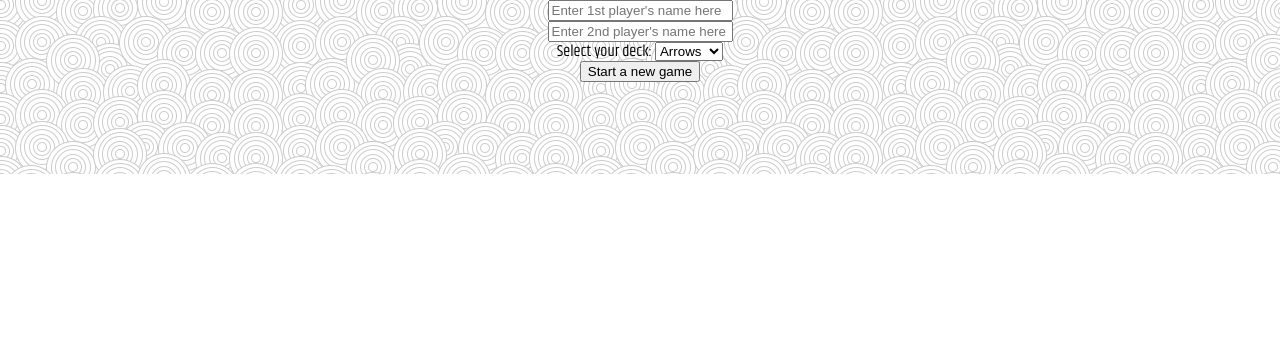
Repository: loragil/memory-game
Page: index.html
The author's editor kept a record of every edit. The page is drawn from the files as they stood at one moment, then again after the next edit.
The browser window is 1280 px wide. The pictures show the whole page.

Above is the page before.

### index.html
<!DOCTYPE html>
<html>

<head>

    <link rel="stylesheet" type="text/css" href="http://fonts.googleapis.com/css?family=Khand">
    <link rel="stylesheet" href="css/reset.css" type="text/css" />
    <link rel="stylesheet" href="css/game.css" type="text/css" />
    <link rel="stylesheet" href="css/phone-default.css" type="text/css" />
    <link rel="stylesheet" href="css/tablet.css" type="text/css" />
    <link rel="stylesheet" href="css/desktop.css" type="text/css" />
    <link rel="import" href="components/game-card.html">
    <title>Memory Game</title>

</head>

<body>
    <div id="container">
        <div id="startScreen">
            <div>
                <label for="playerAName">
                    <input type="text" name="playerAName" placeholder="Enter 1st player's name here" />
                </label>
            </div>

            <div>
                <label for="playerBName">
                    <input type="text" name="playerBName" placeholder="Enter 2nd player's name here" />
                </label>
            </div>

             <div>
                <label for="selectDeck">
                    Select your deck:
                    <select name="selectDeck" id="selectDeck">
                        <option value="arrows">Arrows</option>
                        <option value="zigzag">Zig Zag</option>
                        <option value="mat">Mat</option>
                        <option value="hearts">Hearts</option>
                        <option value="stars">Stars</option>
                    </select>
                </label>
            </div>

            <div>
                <input id="startNew" type="button" value="Start a new game" />
            </div>
        </div>

        <div class="game">

            <div class="details">
                <div>
                    <span>Pairs left to match: </span>
                    <span id="pairsLeft"></span>
                </div>
                <div>
                    <span>It's <em class="currentPlayer"></em>'s turn</span>
                </div>
            </div>

            <div id="playerA">
                <h3></h3>
                <ul></ul>
            </div>

            <div class="board"></div>

            <div id="playerB">
                <h3></h3>
                <ul></ul>
            </div>

        </div>
    </div>
    <script type="text/javascript" src="js/game.js"></script>
</body>

</html>

### css/game.css
html,
body,
.game {
    height: 100%;
    /*sdssdsdsdd*/

    font-family: 'Khand', sans-serif, Arial;
}
#container {
    position: relative;
    background-image: url('../assets/images/swirl_pattern.png');
}
#container > div {
    transition: all 0.3s;
    overflow: hidden;
    /*position:absolute;*/

    height: 100%;
}
#container #startScreen {
    width: 80%;
    margin: 0px auto;
    text-align: center;
    transform: translateX(0%);
    /*left:0;*/
    /*z-index:5;*/
}
#container .game {
    transform: translateX(-100%);
    /*left:-100%;*/
    /*z-index:0;*/
}
#container.inGame #startScreen {
    transform: translateX(-100%);
    height: 0;
    /*left:-100%;*/
    /*z-index:0;*/
}
#container.inGame .game {
    transform: translateX(0%);
    /*left:0;*/
    /*z-index:5;*/
}
.game {
    position: relative;
    font-size: 26px;
    overflow: hidden;
    width: 100%;
}
.details {
    padding: 10px;
    text-align: center;
}
#playerA,
#playerB {
    position: absolute;
    top: 50%;
    transform: translateY(-50%);
    width: 10%;
    text-align: center;
}
#playerA img,
#playerB img {
    width: 80px;
    position: absolute;
}
#playerA img:first-child,
#playerB img:first-child {
    transform: translateX(20px);
}
#playerB img:first-child {
    z-index: 1;
}
#playerA {
    left: 0;
}
#playerB {
    right: 0;
}
li {
    position: relative;
    height: 100px;
}
.board {
    width: 740px;
    height: 100%;
    margin: 0 auto;
    display: flex;
    flex-direction: row;
    flex-wrap: wrap;
    align-items: center;
    justify-content: center;
    align-content: center;
}
game-card {
    flex: 0 0 auto;
    margin: 10px;
    transition: opacity .3s ease-out;
}

### css/phone-default.css
@media only screen and (max-width: 640px) {

    body:after {
        content: 'tablet';
        display: none;
    }

    /*.details {
        background-color: green;
    }*/

} /*end of the media query*/

### css/tablet.css
@media only screen and (min-width: 641px) {

    body:after {
        content: 'tablet';
        display: none;
    }

    /*.details {
        background-color: blue;
    }*/

} /*end of the media query*/

### css/desktop.css
@media only screen and (min-width: 1140px) {

    body:after {
        content: 'desktop';
        display: none;
    }

    /*.details {
        background-color: red;
    }*/
} /*end of the media query*/

### js/game.js
;
(function() {
    'use strict';

    var cardTypes = [{
        id: '8-ball',
        source: 'http://igorminar.github.io/Memory-Game/app/img/8-ball.png'
    }, {
        id: 'baked-potato',
        source: 'http://igorminar.github.io/Memory-Game/app/img/baked-potato.png'
    }, {
        id: 'dinosaur',
        source: 'http://igorminar.github.io/Memory-Game/app/img/dinosaur.png'
    }, {
        id: 'kronos',
        source: 'http://igorminar.github.io/Memory-Game/app/img/kronos.png'
    }, {
        id: 'rocket',
        source: 'http://igorminar.github.io/Memory-Game/app/img/rocket.png'
    }, {
        id: 'skinny-unicorn',
        source: 'http://igorminar.github.io/Memory-Game/app/img/skinny-unicorn.png'
    }, {
        id: 'that-guy',
        source: 'http://igorminar.github.io/Memory-Game/app/img/that-guy.png'
    }, {
        id: 'zeppelin',
        source: 'http://igorminar.github.io/Memory-Game/app/img/zeppelin.png'
    }];

    function shuffle(deck) {
        for (var j, x, i = deck.length; i; j = parseInt(Math.random() * i), x = deck[--i], deck[i] = deck[j], deck[j] = x);
        return deck;
    };

    function createCards(cardTypes) {
        var deck = [],
            card;

        for (var i = 0; i < cardTypes.length; i++) {
            card = '<game-card card_id="' + cardTypes[i].id + '" card_source="' + cardTypes[i].source + '"></game-card>';
            deck.push(card);
            card = '<game-card card_id="' + cardTypes[i].id + '" card_source="' + cardTypes[i].source + '"></game-card>';
            deck.push(card);
        }

        return shuffle(deck);
    }

    function createBoard(deck) {
        var board = document.querySelector('.board');
        board.innerHTML = deck.join('');
    }

    var deck = createCards(cardTypes);
    createBoard(deck);

    function isGameRunning() {
        return deck.length > 0;
    }

    function setPlayersNames(playerA, playerB) {
        document.querySelector('#playerA h3').innerHTML = playerA;
        document.querySelector('#playerB h3').innerHTML = playerB;

        currentPlayerPlaceHolder.innerHTML = playerA;
    }

    var players = [{
        id: 'playerA',
        name: '',
        score: 0
    }, {
        id: 'playerB',
        name: '',
        score: 0
    }];

    var currentPlayerPlaceHolder = document.querySelector('.currentPlayer');

    var currentPlayer = 0;


    var visibleCards = [];
    var pairsCount = cardTypes.length;
    document.getElementById('pairsLeft').innerHTML = pairsCount;

    function switchPlayer() {
        currentPlayer = currentPlayer === 0 ? 1 : 0;
        currentPlayerPlaceHolder.innerHTML = players[currentPlayer].name;
    }

    function isMatch(cards) {
        return cards[0].getAttribute('card_id') === cards[1].getAttribute('card_id');
    }

    function removePair() {
        /*visibleCards[0].remove();
                    visibleCards[1].remove();*/


        visibleCards[0].style.opacity = 0;
        visibleCards[0].style.pointerEvents = 'none';
        visibleCards[1].style.opacity = 0;
        visibleCards[1].style.pointerEvents = 'none';

        pairsCount--;
        document.getElementById('pairsLeft').innerHTML = pairsCount;
    }

    function flipBack() {
        visibleCards[0].setAttribute('hide', true);
        visibleCards[1].setAttribute('hide', true);
    }

    function assignToPlayer() {
        var li = document.createElement('li');
        var img = document.createElement('img');
        img.src = visibleCards[0].getAttribute('card_source');
        li.appendChild(img.cloneNode(true));
        li.appendChild(img);
        document.querySelector('#' + players[currentPlayer].id + ' ul').appendChild(li);
    };

    var gameCards = document.querySelectorAll('game-card');

    [].forEach.call(gameCards, function(DOMcard) {
        DOMcard.addEventListener('click', function() {
            if (this == visibleCards[0]) {
                return;
            }

            visibleCards.push(this);
            this.setAttribute('block', '');

            if (visibleCards.length == 2) {

                [].forEach.call(gameCards, function(c) {
                    c.setAttribute('block', '');
                });

                setTimeout(function() {
                    if (isMatch(visibleCards)) {
                        assignToPlayer();
                        removePair();
                        if (pairsCount === 0) {
                            alert('game over, ' + currentPlayer + ' wins!');
                        }
                    }
                    else {
                        flipBack();
                        switchPlayer();
                    }

                    // reset visibleCards;
                    visibleCards.length = 0;

                    [].forEach.call(gameCards, function(c) {
                        c.removeAttribute('block');
                        c.removeAttribute('hide');
                    });
                }, 1500);

            }

            // display message


        });
    });


    /************************** game UI logic ********************************/
    document.getElementById('startNew').addEventListener('click', function() {
        start();
    });

    function start() {
        var container = document.getElementById('container'),
            nameA = document.querySelector('[name=playerAName]'),
            nameB = document.querySelector('[name=playerBName]');
        players[0].name = nameA.value;
        players[1].name = nameB.value;

        setPlayersNames(players[0].name, players[1].name)
        container.classList.add('inGame');

        var gameCards = document.querySelectorAll('game-card');
        var backImage = document.getElementById('selectDeck').value;
        for (var i = 0; i < gameCards.length; i++) {
            var back = gameCards[i].shadowRoot.querySelector('.back');
            back.classList.add(backImage);
        }
    }
}());

Loaded but not shown: css/reset.css (common file)

After the next edit:
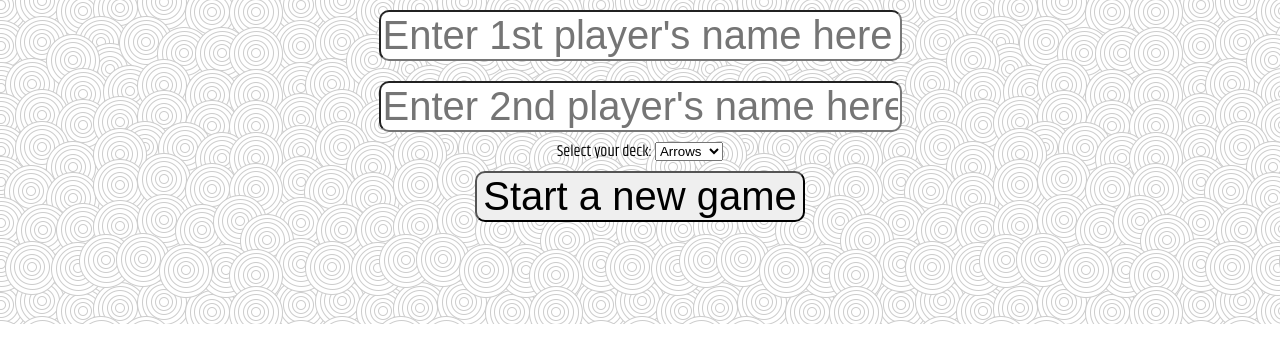
The edit:
--- a/css/game.css
+++ b/css/game.css
@@ -6,6 +6,13 @@
 
     font-family: 'Khand', sans-serif, Arial;
 }
+
+input {
+    font-size:40px;
+    margin:10px;
+    border-radius:10px;
+}
+
 #container {
     position: relative;
     background-image: url('../assets/images/swirl_pattern.png');
